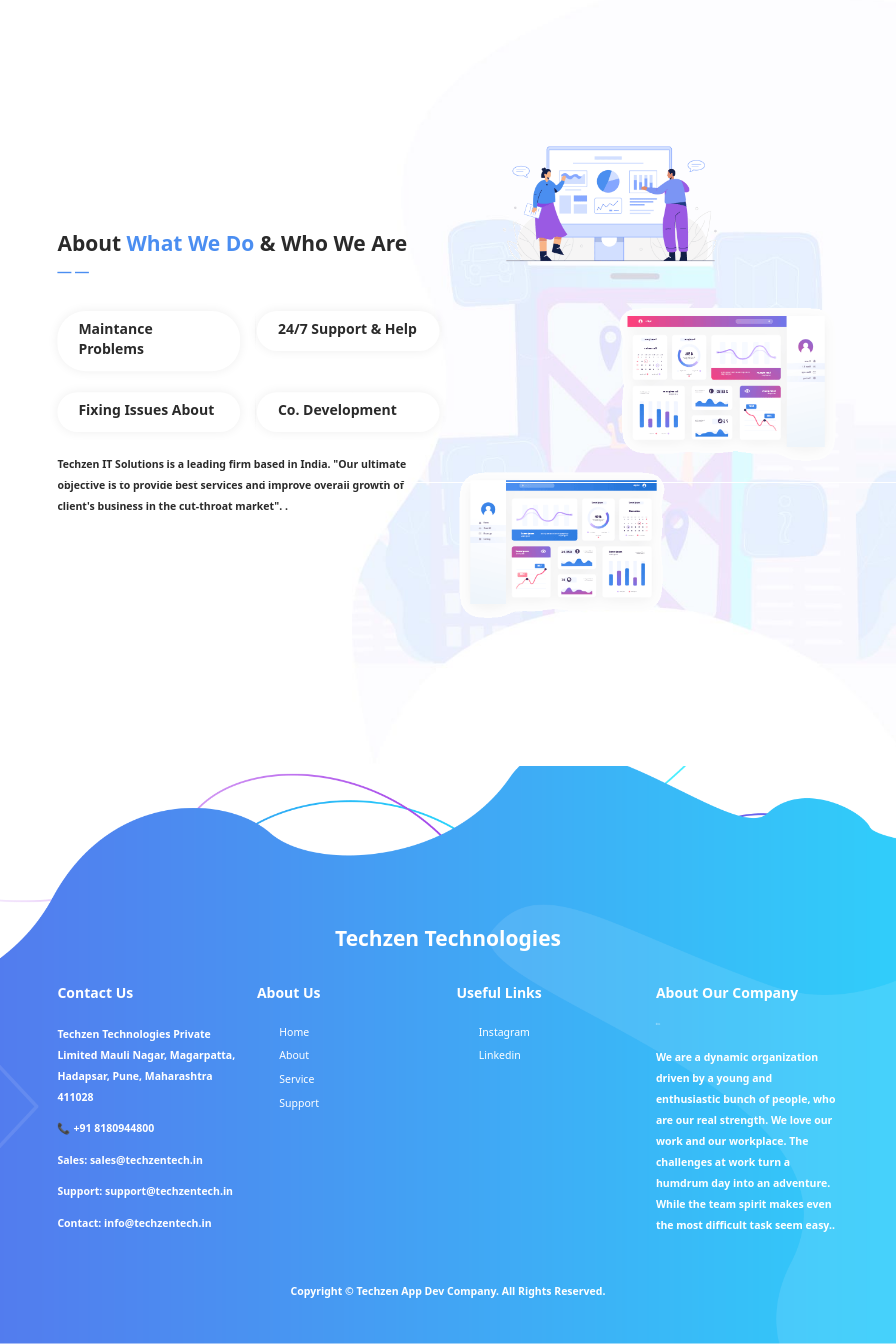
Repository: vijayholve/techzen
Page: about.html
An editor plug-in stored every save of this project. The page is shown before and after the next save, followed by the edit.
The browser window is 1280 px wide. The pictures show the part of the page from y = 705 to 2625 px (the page is 2625 px tall before and 2532 px after), at 70% of full size.
Some web libraries are served in a nearby version.

Above is the page before, as saved 2024-11-13 16:28:23.

### about.html


<!DOCTYPE html>
<html lang="en">

  <head>

    <meta charset="UTF-8">
    <meta name="viewport" content="width=device-width, initial-scale=1, shrink-to-fit=no">
    <meta name="description" content="">
    <meta name="author" content="">
    <link rel="preconnect" href="https://fonts.googleapis.com">
    <link rel="preconnect" href="https://fonts.gstatic.com" crossorigin>
    <link href="https://fonts.googleapis.com/css2?family=Roboto:wght@100;300;400;500;700;900&display=swap" rel="stylesheet">

    <title>Chain App Dev - App Landing Page HTML5 Template</title>

    <!-- Bootstrap core CSS -->
    <link href="vendor/bootstrap/css/bootstrap.min.css" rel="stylesheet">

<!--

TemplateMo 570 Chain App Dev

https://templatemo.com/tm-570-chain-app-dev

-->

    <!-- Additional CSS Files -->
    <link rel="stylesheet" href="https://use.fontawesome.com/releases/v5.8.1/css/all.css" integrity="sha384-50oBUHEmvpQ+1lW4y57PTFmhCaXp0ML5d60M1M7uH2+nqUivzIebhndOJK28anvf" crossorigin="anonymous">
    <link rel="stylesheet" href="assets/css/templatemo-chain-app-dev.css">
    <link rel="stylesheet" href="assets/css/animated.css">
    <link rel="stylesheet" href="assets/css/owl.css">
    <!-- <link rel="stylesheet" href="asse?ts/css2/templatemo-space-dynamic.css"> -->
<!-- <link rel="stylesheet" href="assets/css/style.css"> -->
<link href="https://cdn.jsdelivr.net/npm/bootstrap@5.3.0/dist/css/bootstrap.min.css" rel="stylesheet">
<link rel="stylesheet" href="assets/css/other.css">
</head>

<body>

<header class="navbar navbar-expand-lg fixed-top header-area header-sticky wow slideInDown" data-wow-duration="0.75s" data-wow-delay="0s">
  <div class="container">
    <div class="row">
      <div class="col-12">
        <nav class="main-nav">
          <!-- ***** Logo Start ***** -->
          <a href="index.html" class="logo img-fluid">
            <img src="assets/images/logo-tech.png" class="img-fluid custom-logo" alt="Chain App Dev">
          </a>

          <!-- ***** Logo End ***** -->
          <!-- ***** Menu Start ***** -->
          <ul class="nav">
            <li class="scroll-to-section"><a href="index.html">Home</a></li>
            <li class="scroll-to-section"><a href="service.html">Services</a></li>
            <li class="scroll-to-section"><a href="about.html" class="text-primary">About</a></li>
            <li class="scroll-to-section"><a href="support.html"  >Solution</a></li>
          </ul>
          <!-- ***** Menu End ***** -->
        </nav>
      </div>
    </div>
  </div>
</header>



  <div class="main-banner-about wow fadeIn" id="top" data-wow-duration="1s" data-wow-delay="0.5s">
    <div class="container">
      <div class="row">
        <div class="col-lg-12">
          <div class="row">
            <div class="col-lg-6 align-self-center">
              <div class="left-content header-text wow fadeInLeft" data-wow-duration="1s" data-wow-delay="1s">
                <h6 class="text-dark">Welcome to Techzen</h6>
                <h2>Transforming Your Vision into Outstanding <em>Websites </em> &amp; <span>Apps</span> .</h2>
                <p>We are a dynamic organization driven by a young and enthusiastic bunch of people, who are our real strength. We love our work and our workplace. The challenges at work turn a humdrum day into an adventure. While the team spirit makes even the most difficult task seem easy..</p>
                <!-- <form id="search" action="#" method="GET">
                  <fieldset>
                    <input type="address" name="address" class="email" placeholder="Your website URL..." autocomplete="on" required>
                  </fieldset>
                  <fieldset>
                    <button type="submit" class="main-button">Analyze Site</button>
                  </fieldset>
                </form> -->
              </div>
            </div>
            <div class="col-lg-6">
              <img src="assets/images/about.jpg" class="right-image-about wow fadeInRight" data-wow-duration="1s" data-wow-delay="0.5s">
                 <!-- alt="team meeting"> -->
            </div>
          </div>
        </div>
      </div>
    </div>
  </div>

  <div id="about" class="about-us section">
    <div class="container">
      <div class="row">
        <div class="col-lg-6 align-self-center">
          <div class="section-heading">
            <h4>About <em>What We Do</em> &amp; Who We Are</h4>
            <img src="assets/images/heading-line-dec.png" alt="">
            <!-- <p>Lorem ipsum dolor sit amet, consectetur adipiscing elit, sed do eismod tempor incididunt ut labore et dolore magna.</p> -->
          </div>
          <div class="row">
            <div class="col-lg-6">
              <div class="box-item">
                <h4><a href="#">Maintance Problems</a></h4>
                <!-- <p>Lorem Ipsum Text</p> -->
              </div>
            </div>
            <div class="col-lg-6">
              <div class="box-item">
                <h4><a href="#">24/7 Support &amp; Help</a></h4>
                <!-- <p>Lorem Ipsum Text</p> -->
              </div>
            </div>
            <div class="col-lg-6">
              <div class="box-item">
                <h4><a href="#">Fixing Issues About</a></h4>
                <!-- <p>Lorem Ipsum Text</p> -->
              </div>
            </div>
            <div class="col-lg-6">
              <div class="box-item">
                <h4><a href="#">Co. Development</a></h4>
                <!-- <p>Lorem Ipsum Text</p> -->
              </div>
            </div>
            <div class="col-lg-12 text-dark font-weight-bold">
              <p>Techzen IT Solutions is a leading firm based in India. "Our ultimate objective is to provide best services and improve overall growth of client's business in the cut-throat market".
                .</p>
              <div class="gradient-button">
                <!-- <a href="#">Start 14-Day Free Trial</a> -->
              </div>
              <!-- <span>*No Credit Card Required</span> -->
            </div>
          </div>
        </div>
        <div class="col-lg-6">
          <div class="right-image">
            <img src="assets/images/about-right-dec.png" alt="">
          </div>
        </div>
      </div>
    </div>
  </div>




  <footer id="newsletter">
    <div class="container">
      <div class="row">
        <div class="col-lg-8 offset-lg-2">
          <div class="section-heading">
            <h4>Techzen Technologies </h4>
          </div>
        </div>
        <div class="col-lg-6 offset-lg-3">

        </div>
      </div>
      <div class="row">
        <div class="col-lg-3">
          <div class="footer-widget">
            <h4>Contact Us</h4>
            <p>
              Techzen Technologies Private Limited
              Mauli Nagar, Magarpatta, Hadapsar, Pune, Maharashtra 411028</p>
            <p><a href="#">
              📞 +91 8180944800
              </a></p>
            <p><a href="#">Sales: sales@techzentech.in</a></p>
            <p><a href="#"> Support: support@techzentech.in</a></p>
              <p><a href="#"> Contact: info@techzentech.in</a></p>
          </div>
        </div>
        <div class="col-lg-3">
          <div class="footer-widget">
            <h4>About Us</h4>

            <ul>
              <li><a href="index.html">Home</a></li>
              <li><a href="about.html">About</a></li>
              <li><a href="service.html">Service</a></li>
              <li><a href="support.html">Support</a></li>
             </ul>
          </div>
        </div>
        <div class="col-lg-3">
          <div class="footer-widget">
            <h4>Useful Links</h4>
            <ul>
              <li><a href="https://www.instagram.com/techzen_technologies_
                ">Instagram </a></li>
              <li><a href="https://www.linkedin.com/in/techzen-technologies-4746372a7
                ">Linkedin</a></li>
              <!-- <li><a href="#">Development</a></li>
              <li><a href="#">App News</a></li> -->
            </ul>
            <!-- <ul>
              <li><a href="#">App Dev Team</a></li>
              <li><a href="#">Digital Web</a></li>
              <li><a href="#">Normal Apps</a></li>
            </ul> -->
          </div>
        </div>
        <div class="col-lg-3">
          <div class="footer-widget">
            <h4>About Our Company</h4>
            <div class="logo">
              <img src="assets/images/white-logo.png" alt="">
            </div>
            <p>We are a dynamic organization driven by a young and enthusiastic bunch of people, who are our real strength. We love our work and our workplace. The challenges at work turn a humdrum day into an adventure. While the team spirit makes even the most difficult task seem easy..</p>
          </div>
        </div>
        <div class="col-lg-12">
          <div class="copyright-text">
            <p>Copyright © Techzen App Dev Company. All Rights Reserved.
          </div>
        </div>
      </div>
    </div>
  </footer>
 <!-- Scripts -->
 <script src="vendor/jquery/jquery.min.js"></script>
 <script src="https://code.jquery.com/jquery-3.3.1.slim.min.js" integrity="sha384-q8i/X+965DzO0rT7abK41JStQIAqVgRVzpbzo5smXKp4YfRvH+8abtTE1Pi6jizo" crossorigin="anonymous"></script>
 <script src="https://cdn.jsdelivr.net/npm/popper.js@1.14.7/dist/umd/popper.min.js" integrity="sha384-UO2eT0CpHqdSJQ6hJty5KVphtPhzWj9WO1clHTMGa3JDZwrnQq4sF86dIHNDz0W1" crossorigin="anonymous"></script>
 <script src="https://cdn.jsdelivr.net/npm/bootstrap@4.3.1/dist/js/bootstrap.min.js" integrity="sha384-JjSmVgyd0p3pXB1rRibZUAYoIIy6OrQ6VrjIEaFf/nJGzIxFDsf4x0xIM+B07jRM" crossorigin="anonymous"></script> <script src="assets/js/owl-carousel.js"></script>
 <script src="assets/js/animation.js"></script>


</body>
</html>

### assets/css/owl.css
/**
 * Owl Carousel v2.3.4
 * Copyright 2013-2018 David Deutsch
 * Licensed under: SEE LICENSE IN https://github.com/OwlCarousel2/OwlCarousel2/blob/master/LICENSE
 */
/*
 *  Owl Carousel - Core
 */
.owl-carousel {
  display: none;
  width: 100%;
  -webkit-tap-highlight-color: transparent;
  /* position relative and z-index fix webkit rendering fonts issue */
  position: relative;
  z-index: 1; }
  .owl-carousel .owl-stage {
    position: relative;
    -ms-touch-action: pan-Y;
    touch-action: manipulation;
    -moz-backface-visibility: hidden;
    /* fix firefox animation glitch */ }
  .owl-carousel .owl-stage:after {
    content: ".";
    display: block;
    clear: both;
    visibility: hidden;
    line-height: 0;
    height: 0; }
  .owl-carousel .owl-stage-outer {
    position: relative;
    overflow: hidden;
    /* fix for flashing background */
    -webkit-transform: translate3d(0px, 0px, 0px); }
  .owl-carousel .owl-wrapper,
  .owl-carousel .owl-item {
    -webkit-backface-visibility: hidden;
    -moz-backface-visibility: hidden;
    -ms-backface-visibility: hidden;
    -webkit-transform: translate3d(0, 0, 0);
    -moz-transform: translate3d(0, 0, 0);
    -ms-transform: translate3d(0, 0, 0); }
  .owl-carousel .owl-item {
    position: relative;
    min-height: 1px;
    float: left;
    -webkit-backface-visibility: hidden;
    -webkit-tap-highlight-color: transparent;
    -webkit-touch-callout: none; }
  .owl-carousel .owl-item img {
    display: block;
    width: 100%; }
  .owl-carousel .owl-nav.disabled,
  .owl-carousel .owl-dots.disabled {
    display: none; }
  .owl-carousel .owl-nav .owl-prev,
  .owl-carousel .owl-nav .owl-next,
  .owl-carousel .owl-dot {
    cursor: pointer;
    -webkit-user-select: none;
    -khtml-user-select: none;
    -moz-user-select: none;
    -ms-user-select: none;
    user-select: none; }
  .owl-carousel .owl-nav button.owl-prev,
  .owl-carousel .owl-nav button.owl-next,
  .owl-carousel button.owl-dot {
    background: none;
    color: inherit;
    border: none;
    padding: 0 !important;
    font: inherit; }
  .owl-carousel.owl-loaded {
    display: block; }
  .owl-carousel.owl-loading {
    opacity: 0;
    display: block; }
  .owl-carousel.owl-hidden {
    opacity: 0; }
  .owl-carousel.owl-refresh .owl-item {
    visibility: hidden; }
  .owl-carousel.owl-drag .owl-item {
    -ms-touch-action: pan-y;
        touch-action: pan-y;
    -webkit-user-select: none;
    -moz-user-select: none;
    -ms-user-select: none;
    user-select: none; }
  .owl-carousel.owl-grab {
    cursor: move;
    cursor: grab; }
  .owl-carousel.owl-rtl {
    direction: rtl; }
  .owl-carousel.owl-rtl .owl-item {
    float: right; }

/* No Js */
.no-js .owl-carousel {
  display: block; }

/*
 *  Owl Carousel - Animate Plugin
 */
.owl-carousel .animated {
  animation-duration: 1000ms;
  animation-fill-mode: both; }

.owl-carousel .owl-animated-in {
  z-index: 0; }

.owl-carousel .owl-animated-out {
  z-index: 1; }

.owl-carousel .fadeOut {
  animation-name: fadeOut; }

@keyframes fadeOut {
  0% {
    opacity: 1; }
  100% {
    opacity: 0; } }

/*
 * 	Owl Carousel - Auto Height Plugin
 */
.owl-height {
  transition: height 500ms ease-in-out; }

/*
 * 	Owl Carousel - Lazy Load Plugin
 */
.owl-carousel .owl-item {
  /**
			This is introduced due to a bug in IE11 where lazy loading combined with autoheight plugin causes a wrong
			calculation of the height of the owl-item that breaks page layouts
		 */ }
  .owl-carousel .owl-item .owl-lazy {
    opacity: 0;
    transition: opacity 400ms ease; }
  .owl-carousel .owl-item .owl-lazy[src^=""], .owl-carousel .owl-item .owl-lazy:not([src]) {
    max-height: 0; }
  .owl-carousel .owl-item img.owl-lazy {
    transform-style: preserve-3d; }

/*
 * 	Owl Carousel - Video Plugin
 */
.owl-carousel .owl-video-wrapper {
  position: relative;
  height: 100%;
  background: #000; }

.owl-carousel .owl-video-play-icon {
  position: absolute;
  height: 80px;
  width: 80px;
  left: 50%;
  top: 50%;
  margin-left: -40px;
  margin-top: -40px;
  background: url("owl.video.play.png") no-repeat;
  cursor: pointer;
  z-index: 1;
  -webkit-backface-visibility: hidden;
  transition: transform 100ms ease; }

.owl-carousel .owl-video-play-icon:hover {
  -ms-transform: scale(1.3, 1.3);
      transform: scale(1.3, 1.3); }

.owl-carousel .owl-video-playing .owl-video-tn,
.owl-carousel .owl-video-playing .owl-video-play-icon {
  display: none; }

.owl-carousel .owl-video-tn {
  opacity: 0;
  height: 100%;
  background-position: center center;
  background-repeat: no-repeat;
  background-size: contain;
  transition: opacity 400ms ease; }

.owl-carousel .owl-video-frame {
  position: relative;
  z-index: 1;
  height: 100%;
  width: 100%; }

### assets/css/other.css

.contact-us {
    padding: 160px 0px;
    background-image: url(../images/White_Colorful_Modern_Diagram_Graph__4_-removebg-preview.png);
    background-repeat: no-repeat;
    background-position: center center;
    background-size: cover;
  }

  .contact-us .section-heading h2,
  .contact-us .section-heading h2 em,
  .contact-us .section-heading h2 span {
    color: #fff;
  }

  .contact-us .section-heading p {
    color: #fff;
    margin-top: 30px;
  }

  .phone-info {
    margin-top: 40px;
  }

  .phone-info h4 {
    font-size: 20px;
    font-weight: 700;
    color: #fff;
  }

  .phone-info h4 span i {
    width: 46px;
    height: 46px;
    display: inline-block;
    text-align: center;
    line-height: 46px;
    background-color: #fff;
    border-radius: 50%;
    color: #ff3b2c;
    font-size: 22px;
    margin-left: 30px;
    margin-right: 15px;
  }

  .phone-info h4 span a {
    color: #fff;
    font-size: 15px;
    font-weight: 400;
  }

  form#contact .contact-dec {
    position: absolute;
    right: -166px;
    bottom: 0;
  }

  form#contact .contact-dec img {
    max-width: 178px;
  }

  form#contact {
    margin-left: 30px;
    position: relative;
    background-color: #fff;
    padding: 60px 30px;
    border-radius: 20px;
  }

  form#contact input {
    width: 100%;
    height: 46px;
    border-radius: 33px;
    background-color: #d1f3ff;
    border: none;
    outline: none;
    font-size: 15px;
    font-weight: 300;
    color: #2a2a2a;
    padding: 0px 20px;
    margin-bottom: 20px;
  }

  form#contact input::placeholder {
    color: #2a2a2a;
  }

  form#contact textarea {
    width: 100%;
    min-width: 100%;
    max-width: 100%;
    max-height: 180px;
    min-height: 140px;
    height: 140px;
    border-radius: 20px;
    background-color: #d1f3ff;
    border: none;
    outline: none;
    font-size: 15px;
    font-weight: 300;
    color: #2a2a2a;
    padding: 15px 20px;
    margin-bottom: 20px;
  }

  form#contact textarea::placeholder {
    color: #2a2a2a;
  }

  form#contact button {
    display: inline-block;
    background-color: #03a4ed;
    font-size: 15px;
    font-weight: 400;
    color: #fff;
    text-transform: capitalize;
    padding: 12px 25px;
    border-radius: 23px;
    letter-spacing: 0.25px;
    border: none;
    outline: none;
    transition: all .3s;
  }

  form#contact button:hover {
    background-color: #fe3f40;
  }

  .img-service{
    width: 250px;
    height: auto;
    margin-bottom: 20px;
  }

.header-area {
  z-index: 1000; /* Ensure it stays on top of other elements */
}
.custom-logo {
max-width: 150px; /* Set your preferred maximum width */
height: auto; /* Maintains aspect ratio */
}

/* </style */

.main-nav .nav {
display: none;
}

.main-nav .nav.active {
display: block;
}
.menu-trigger {
display: inline-block;
cursor: pointer;
}

.menu-trigger span {
display: block;
background: #333;
width: 30px;
height: 3px;
margin: 5px 0;
}




.main-banner-about .left-content h2 {
font-size: 50px;
font-weight: 700;
color: #2a2a2a;
line-height: 72px;
}

.main-banner-about .left-content h2 em {
color: #03a4ed;
font-style: normal;
}

.main-banner-about .left-content h2 span {
color: #fe3f40;
}

.main-banner-about .left-content p {
margin: 20px 0px;
}

.main-banner-about .left-content form {
margin-top: 30px;
width: 470px;
height: 66px;
position: relative;
}


.menu-trigger {
display: inline-block;
cursor: pointer;
}

.menu-trigger span {
display: block;
background: #333;
width: 30px;
height: 3px;
margin: 5px 0;
}

Loaded but not shown: vendor/bootstrap/css/bootstrap.min.css (library); assets/css/animated.css (common file); vendor/jquery/jquery.min.js (library); assets/js/owl-carousel.js (3448 lines, source omitted); assets/js/animation.js (193 lines, source omitted); assets/css/templatemo-chain-app-dev.css (2269 lines, source omitted)

After the next save:
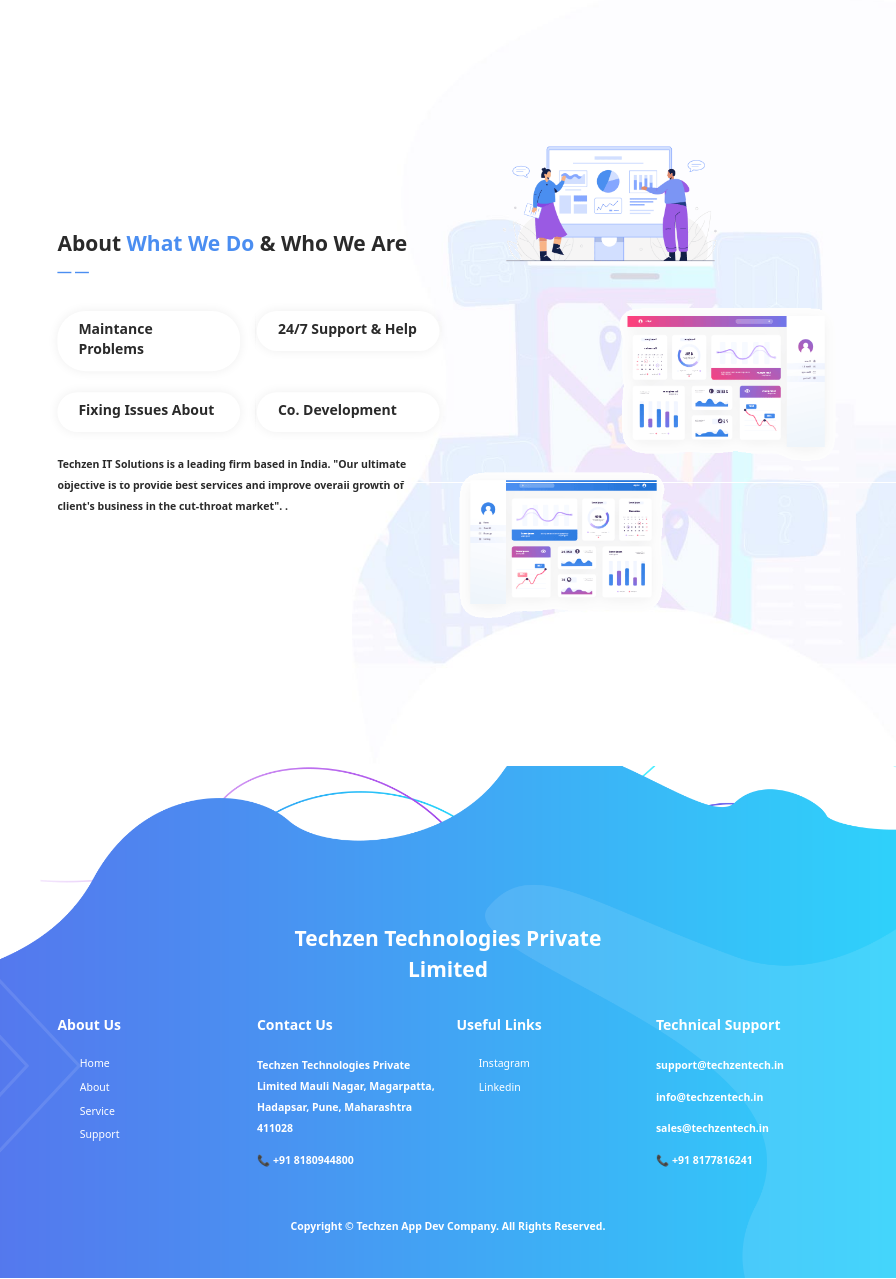
Saved 33 s later.
--- a/about.html
+++ b/about.html
@@ -157,7 +157,7 @@
       <div class="row">
         <div class="col-lg-8 offset-lg-2">
           <div class="section-heading">
-            <h4>Techzen Technologies </h4>
+            <h4>Techzen Technologies Private limited</h4>
           </div>
         </div>
         <div class="col-lg-6 offset-lg-3">
@@ -165,6 +165,17 @@
         </div>
       </div>
       <div class="row">
+          <div class="col-lg-3">
+            <div class="footer-widget">
+              <h4>About Us</h4>
+
+              <ul>
+                <li><a href="index.html">Home</a></li>
+                <li><a href="about.html">About</a></li>
+                <li><a href="service.html">Service</a></li>
+                <li><a href="support.html">Support</a></li>
+            </div>
+          </div>
         <div class="col-lg-3">
           <div class="footer-widget">
             <h4>Contact Us</h4>
@@ -174,21 +185,8 @@
             <p><a href="#">
               📞 +91 8180944800
               </a></p>
-            <p><a href="#">Sales: sales@techzentech.in</a></p>
-            <p><a href="#"> Support: support@techzentech.in</a></p>
-              <p><a href="#"> Contact: info@techzentech.in</a></p>
-          </div>
-        </div>
-        <div class="col-lg-3">
-          <div class="footer-widget">
-            <h4>About Us</h4>
-
-            <ul>
-              <li><a href="index.html">Home</a></li>
-              <li><a href="about.html">About</a></li>
-              <li><a href="service.html">Service</a></li>
-              <li><a href="support.html">Support</a></li>
-             </ul>
+            <!--<p><a href="#"> Support: support@techzentech.in</a></p>
+              <p><a href="#"> Contact: info@techzentech.in</a></p>  -->
           </div>
         </div>
         <div class="col-lg-3">
@@ -210,6 +208,22 @@
           </div>
         </div>
         <div class="col-lg-3">
+            <div class="footer-widget">
+              <h4>Technical Support </h4>
+              <p>
+
+                  <p><a href="#">  support@techzentech.in</a></p>
+                  <p><a href="#">  info@techzentech.in</a></p>
+                  <p><a href="#">sales@techzentech.in</a></p>
+              <p><a href="#">
+                📞 +91 8177816241
+                </a></p>
+              <!-- <p><a href="#">Sales: sales@techzentech.in</a></p> -->
+              <!-- <p><a href="#"> Support: support@techzentech.in</a></p>
+                <p><a href="#"> Contact: info@techzentech.in</a></p> -->
+            </div>
+          </div>
+        <!-- <div class="col-lg-3">
           <div class="footer-widget">
             <h4>About Our Company</h4>
             <div class="logo">
@@ -217,7 +231,7 @@
             </div>
             <p>We are a dynamic organization driven by a young and enthusiastic bunch of people, who are our real strength. We love our work and our workplace. The challenges at work turn a humdrum day into an adventure. While the team spirit makes even the most difficult task seem easy..</p>
           </div>
-        </div>
+        </div> -->
         <div class="col-lg-12">
           <div class="copyright-text">
             <p>Copyright © Techzen App Dev Company. All Rights Reserved.
